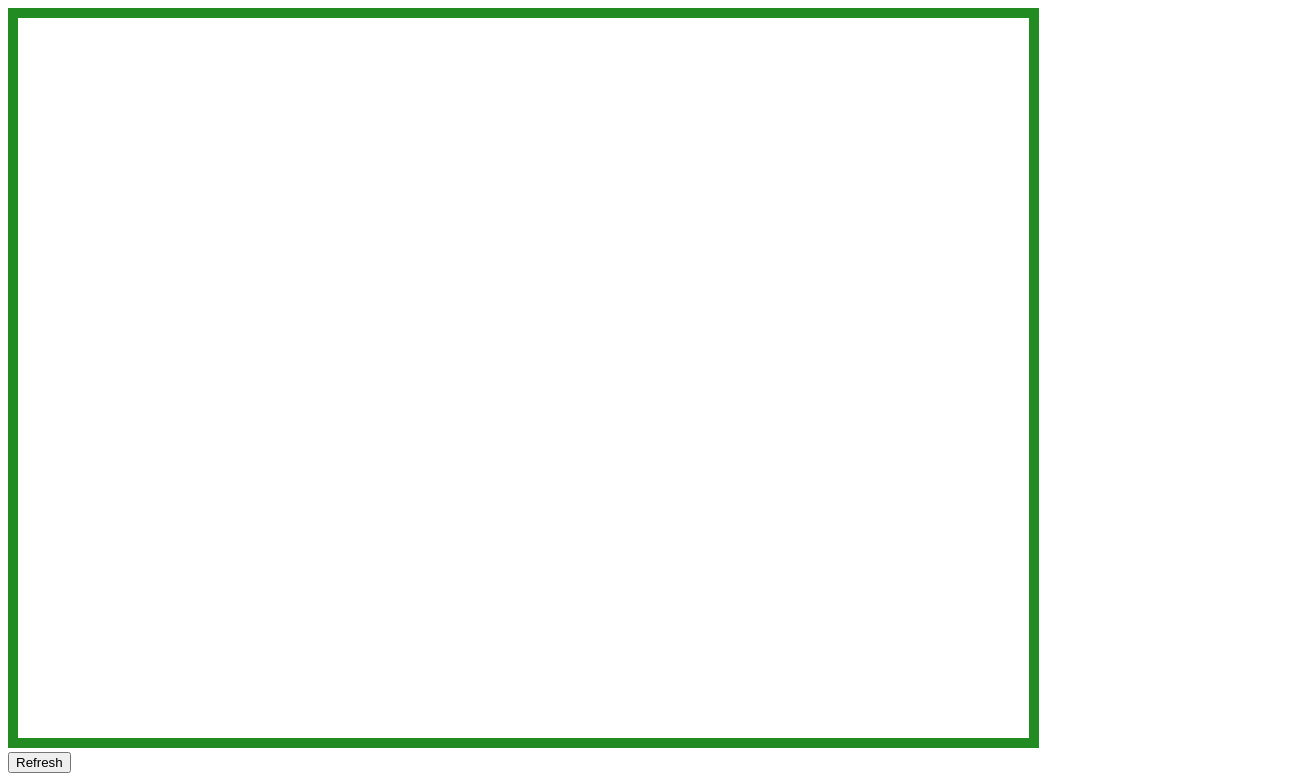
Repository: spidero7/Sketch-Canva
Page: index.html
These files come from the project's save history. The page is drawn as it stood at one moment and after the next save; the edit follows.
The browser window is 1280 px wide. The page is 1280 px wide, then 1308 px, so the pictures cover 1308 px, including what lies to the right of the window. The pictures show the whole page.

Above is the page before, as saved 2021-09-05 07:32:40.

### index.html
<!DOCTYPE html>
<html lang="en">
<head>
    <meta charset="UTF-8">
    <meta http-equiv="X-UA-Compatible" content="IE=edge">
    <meta name="viewport" content="width=device-width, initial-scale=1.0">
    <title>Document</title>
    <link rel="stylesheet" href="style.css">
</head>
<body>
    <div class="canvasWrap">
        <canvas width="1600" height="1000" id="etch-a-sketch"></canvas>
        <div class="buttons">
            <button class="refresh-btn">Refresh</button>
        </div>
    </div>
    <script src="script.js"></script>
</body>
</html>

### style.css


canvas {
    border: solid 10px forestgreen;
    width: 80%;
    height: 100vh;
    w
}

Loaded but not shown: script.js (no stored copy; drawn as an empty file)

After the next save:
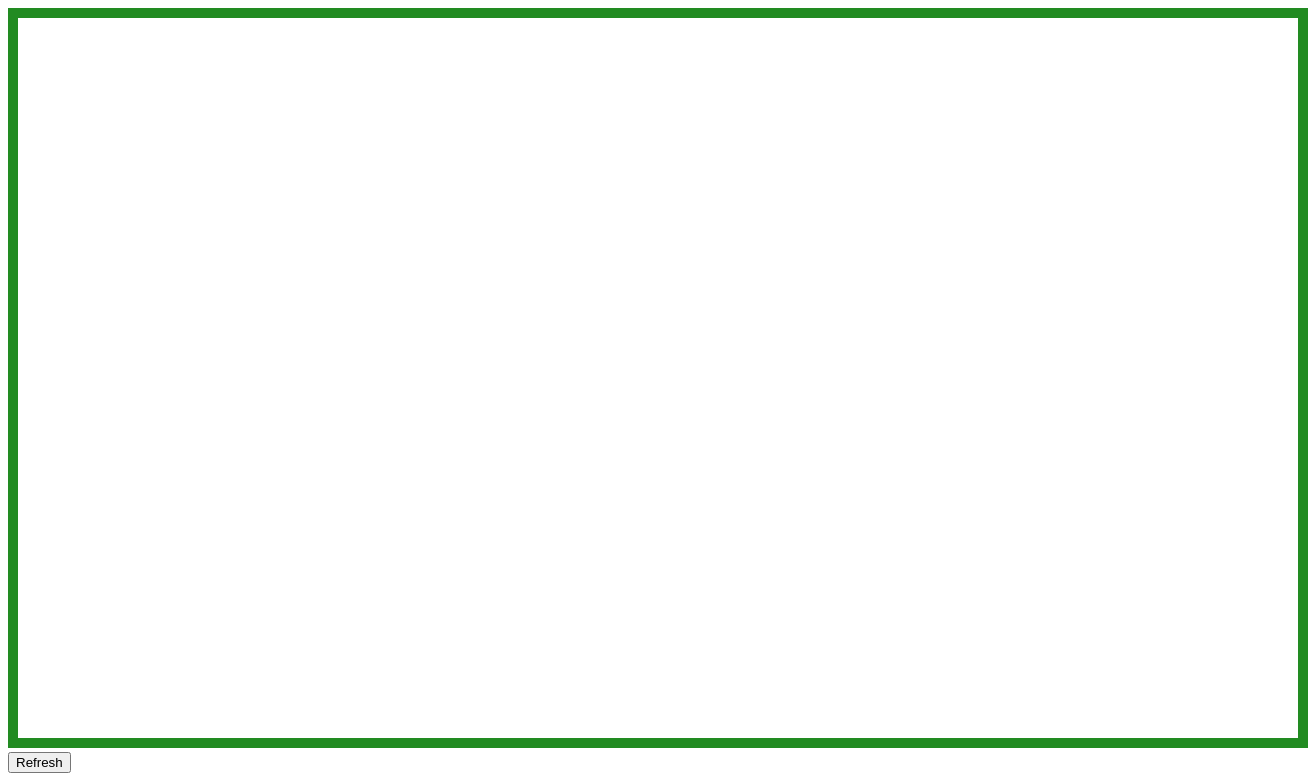
Saved 5 s later.
--- a/style.css
+++ b/style.css
@@ -4,5 +4,5 @@ canvas {
     border: solid 10px forestgreen;
     width: 80%;
     height: 100vh;
-    w
+    width: 100vw;
 }
